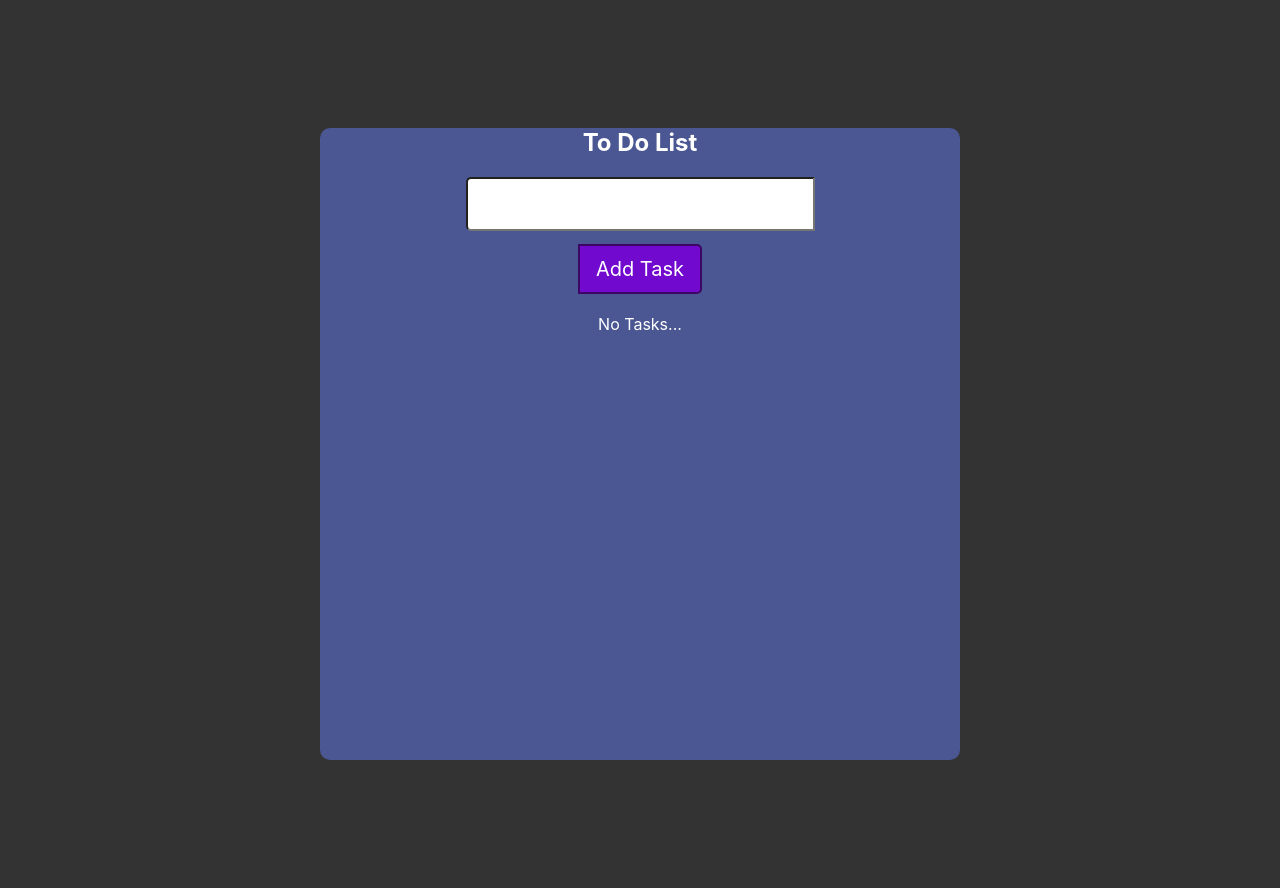
Repository: kirangautam45/ToDoList
Page: /
These files come from the project's save history. The page is drawn as it stood at one moment and after a run of saves; the edit follows.
The browser window is 1280 px wide. The pictures show the whole page.
The project was rebuilt for these pictures with package versions that can differ from the ones it lists, and the page was loaded fresh each time. Also part of the build but not shown: src/components/Update.js.

Above is the page before, as saved 2022-08-07 20:50:26.

### src/App.js
import { useState } from "react";
import TodoForm from "./components/TodoForm";
import Update from "./components/Update";
import ToDo from "./components/Todo";

import "./App.css";

function App() {
  // Tasks (To Do List) State
  const [toDo, setToDo] = useState([]);
  const [newTask, setNewTask] = useState("");
  const [updateData, setUpdateData] = useState("");

  // Add task
  const addTask = () => {
    if (newTask) {
      let num = toDo.length + 1;
      let newEntry = { id: num, title: newTask, status: false };
      setToDo([...toDo, newEntry]);
      setNewTask("");
    }
  };

  // Delete task
  const deleteTask = (id) => {
    let newTasks = toDo.filter((task) => task.id !== id);
    setToDo(newTasks);
  };

  // Mark task as completed
  const markDone = (id) => {
    let newTask = toDo.map((task) => {
      if (task.id === id) {
        return { ...task, status: !task.status };
      }
      return task;
    });
    setToDo(newTask);
  };

  // Cancel update
  const cancelUpdate = () => {
    setUpdateData("");
  };

  // Change task for update
  const changeTask = (e) => {
    let newEntry = {
      id: updateData.id,
      title: e.target.value,
      status: updateData.status ? true : false,
    };
    setUpdateData(newEntry);
  };

  // Update task
  const updateTask = () => {
    let filterRecords = [...toDo].filter((task) => task.id !== updateData.id);
    let updatedObject = [...filterRecords, updateData];
    setToDo(updatedObject);
    setUpdateData("");
  };
  // search task

  return (
    <div className="container">
      <h2>To Do List</h2>

      {updateData && updateData ? (
        <Update
          updateData={updateData}
          changeTask={changeTask}
          updateTask={updateTask}
          cancelUpdate={cancelUpdate}
        />
      ) : (
        <TodoForm newTask={newTask} setNewTask={setNewTask} addTask={addTask} />
      )}

      {toDo && toDo.length ? "" : "No Tasks..."}

      <ToDo
        toDo={toDo}
        markDone={markDone}
        setUpdateData={setUpdateData}
        deleteTask={deleteTask}
      />
    </div>
  );
}

export default App;

### src/components/TodoForm.js
import React from "react";

const TodoForm = ({ newTask, setNewTask, addTask }) => {
  return (
    <div>
      <div className="row">
        <div className="col">
          <input
            value={newTask}
            onChange={(e) => setNewTask(e.target.value)}
            className="form-control"
          />
        </div>
        <div className="col-auto">
          <button onClick={addTask} className="btn-success">
            Add Task
          </button>
        </div>
      </div>
      <br />
    </div>
  );
};

export default TodoForm;

### src/components/Todo.js
import React from "react";
import { FontAwesomeIcon } from "@fortawesome/react-fontawesome";
import {
  faCircleCheck,
  faPen,
  faTrashCan,
} from "@fortawesome/free-solid-svg-icons";
const Todo = ({ toDo, markDone, setUpdateData, deleteTask }) => {
  return (
    <div>
      {toDo &&
        toDo
          .sort((a, b) => (a.id > b.id ? 1 : -1))
          .map((task, index) => {
            return (
              <React.Fragment key={task.id}>
                <div className="col taskBg">
                  <div className={task.status ? "done" : ""}>
                    <span className="taskNumber">{index + 1}</span>
                    <span className="taskText">{task.title}</span>
                  </div>
                  <div className="iconsWrap">
                    <span
                      title="Completed / Not Completed"
                      onClick={(e) => markDone(task.id)}
                    >
                      <FontAwesomeIcon icon={faCircleCheck} />
                    </span>

                    {task.status ? null : (
                      <span
                        title="Edit"
                        onClick={() =>
                          setUpdateData({
                            id: task.id,
                            title: task.title,
                            status: task.status ? true : false,
                          })
                        }
                      >
                        <FontAwesomeIcon icon={faPen} />
                      </span>
                    )}

                    <span title="Delete" onClick={() => deleteTask(task.id)}>
                      <FontAwesomeIcon icon={faTrashCan} />
                    </span>
                  </div>
                </div>
              </React.Fragment>
            );
          })}
    </div>
  );
};

export default Todo;

### src/App.css
body {
  background-color: #333;
  color: #fff;
}

.container{

  flex-direction: column;
  justify-content: start;
  width: 50%;
  min-height: 600px;
  background: #4a5792;
  text-align: center;
  margin: 128px auto;
  border-radius: 10px;
  padding-bottom: 32px;
  margin-top: ;
}

.taskBg {
  background-color: rgb(48, 20, 159);
  border-radius: 6px;
  margin-bottom: 20px;
  padding: 10px 140px 10px 15px;
  text-align: left;
  font-size: 22px;
  position: relative;
}

.taskBg div {
  display: flex;
  align-items: center;
}

.taskNumber {
  color: rgb(251, 250, 250);
  border: 1px solid rgb(242, 243, 245);
  border-radius: 50%;
  width: 26px;
  height: 26px;
  display: flex;
  text-align: center;
  font-size: 14px;
  margin-right: 8px;
  align-items: center;
  justify-content: center;
}

.taskBg .taskText {
  flex: 1;
}

.taskBg .done .taskText {
  text-decoration: line-through;
  opacity: 0.8;
}

.taskBg .iconsWrap {
  position: absolute;
  top: 50%;
  transform: translateY(-50%);
  right: 15px;
  width: auto;
  display: inline-block;
}

.taskBg .iconsWrap span {
  display: inline-block;
  margin: 0px 10px 0 10px;
  cursor: pointer;
  color: #94e2be;
}

.taskBg .iconsWrap span:hover {
  color: rgb(250, 250, 23);
}

.mr-20 {
  margin-right: 20px;
}
.btn-success{
  flex: 0.6;
    min-height: 50px;
    font-family: var(--font-family);
    font-weight: 400;
    font-size: 20px;
    line-height: 28px;
    background: #7209ce;
    border: 2px solid #3e0664;
    padding: 0 1rem;
    color: #fff;
    cursor: pointer;
    outline: none;
    margin-top: 2%;
    border-top-right-radius: 5px;
    border-bottom-right-radius: 5px;
}
.btn-warning{
  flex: 0.6;
  min-height: 50px;
  font-weight: 400;
  font-size: 20px;
  line-height: 28px;
  background: #FF4820;
  border: 2px solid #FF4820;
  padding: 0 1rem;
  color: #fff;
  margin-left: 10px;
  margin-top: 2%;
  cursor: pointer;
  outline: none;
  border-top-right-radius: 5px;
  border-bottom-right-radius: 5px;

}

.form-control{
  flex: 2;
  min-height: 50px;
  font-family: var(--font-family);
  font-weight: 400;
  font-size: 20px;
  line-height: 28px;
  padding: 0 1rem;
  outline: none;
  color: rgb(28, 27, 27);
  border-top-left-radius: 5px;
  border-bottom-left-radius: 5px;
}

Loaded but not shown: public/index.html (common file); src/index.js (common file); src/index.css (common file); src/reportWebVitals.js (common file)

After the next 2 saves:
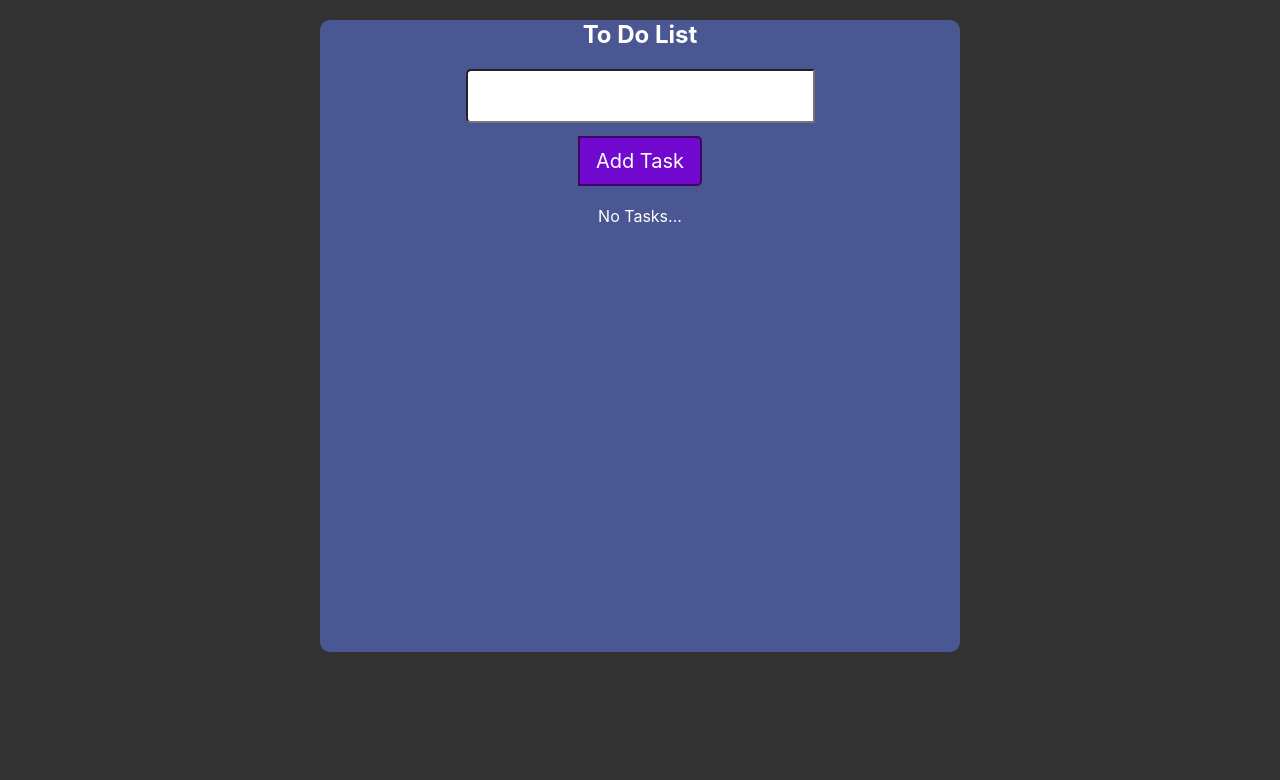
The 2 saves are shown as one change because they came seconds apart.
The last was saved 6 s later.
--- a/src/App.css
+++ b/src/App.css
@@ -14,7 +14,7 @@ body {
   margin: 128px auto;
   border-radius: 10px;
   padding-bottom: 32px;
-  margin-top: ;
+  margin-top: 0px;
 }
 
 .taskBg {
